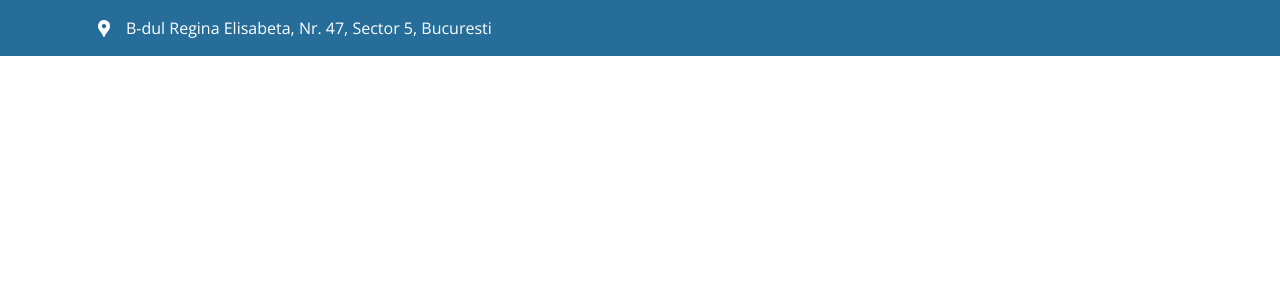
Repository: cosmin05072018/webis-task
Page: index.html
These files come from the project's save history. The page is drawn as it stood at one moment and after the next save; the edit follows.
The browser window is 1280 px wide. The pictures show the whole page.

Above is the page before, as saved 2024-09-26 20:56:47.

### index.html
<!DOCTYPE html>
<html lang="en">
<head>
    <meta charset="UTF-8">
    <meta name="viewport" content="width=device-width, initial-scale=1.0">
    <title>Platforma-Bugetare</title>
    <link href="https://cdn.jsdelivr.net/npm/bootstrap@5.3.3/dist/css/bootstrap.min.css" rel="stylesheet" integrity="sha384-QWTKZyjpPEjISv5WaRU9OFeRpok6YctnYmDr5pNlyT2bRjXh0JMhjY6hW+ALEwIH" crossorigin="anonymous">
    <link rel="stylesheet" href="./assets/css/style.css">
</head>
<body>
  <div class="container-fluid p-0">
    <div class="container header-top">
      <div class="row">
        <div class="col-12 col-md-6">
          <div class="row">
            <div class="col-12 col-sm-12">
              <div class="p-3 d-flex align-items-center gap-3">
                <img class="location" src="./assets/images/location.png" alt="location">
                <p class="text-white m-0">B-dul Regina Elisabeta, Nr. 47, Sector 5, Bucuresti</p>
              </div>
            </div>
            <!-- <div class="col-12 col-sm-6">
              <div class="p-3">Coloana 1.2</div>
            </div> -->
          </div>
        </div>
      </div>
    </div>
  </div>

  <script src="https://cdn.jsdelivr.net/npm/bootstrap@5.3.3/dist/js/bootstrap.bundle.min.js" integrity="sha384-YvpcrYf0tY3lHB60NNkmXc5s9fDVZLESaAA55NDzOxhy9GkcIdslK1eN7N6jIeHz" crossorigin="anonymous"></script>
</body>
</html>

### assets/css/style.css
@import url("https://fonts.googleapis.com/css2?family=Open+Sans:ital,wght@0,300..800;1,300..800&display=swap");

:root {
  --bg-color: #266e99;
  --white: #ffffff;
  --text-hover: #4f4f4f;
  --text-blue: #266e99;
}

* {
  font-family: Open Sans;
}

.container-fluid {
  background-color: var(--bg-color);
}

.location {
  width: 12px;
  height: 17px;
}

After the next save:
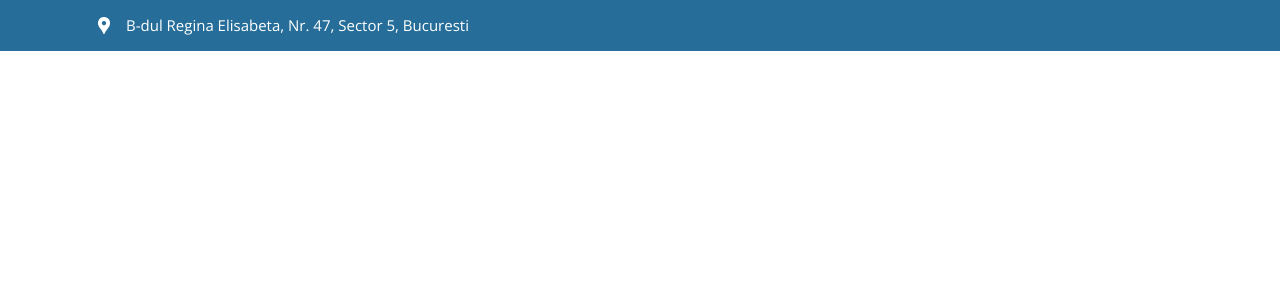
Saved 13 s later.
--- a/assets/css/style.css
+++ b/assets/css/style.css
@@ -19,3 +19,11 @@
   width: 12px;
   height: 17px;
 }
+
+.header-top p {
+  font-family: Open Sans;
+  font-size: 15px;
+  font-weight: 400;
+  line-height: 19px;
+  text-align: left;
+}
